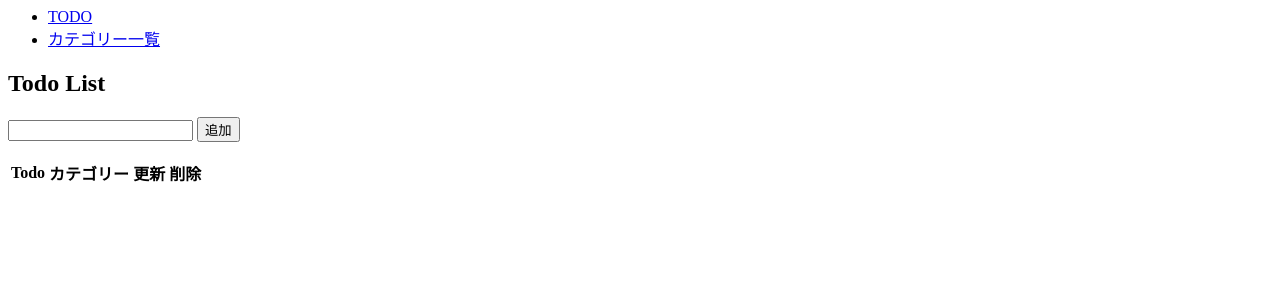
Repository: azuma2/cate
Page: http://localhost/cate
The author's editor kept a copy of each file at every save. The page is drawn from the files as they stood at one save, then again after the next save.
The browser window is 1280 px wide. The pictures show the whole page.
The page is served by the project's Laravel application, run on PHP 8.4 with Laravel 8. Queries for data that is not in the repository find no rows.

Above is the page before, as saved 2022-05-17 03:18:26.

After the next save:
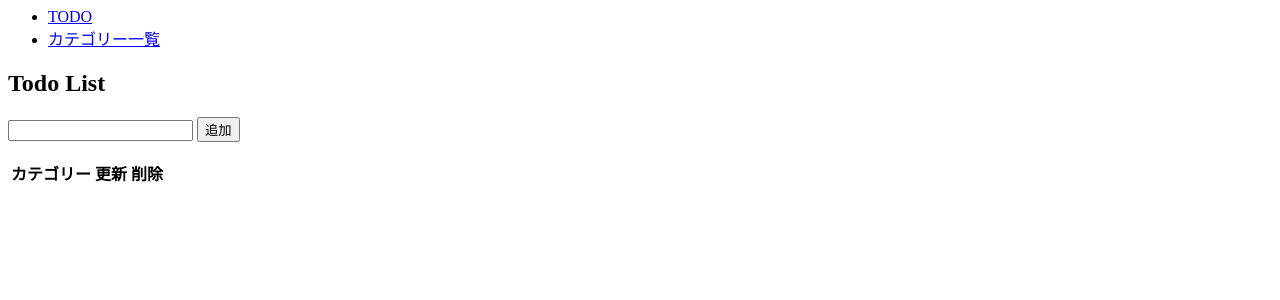
Saved 67 s later.
--- a/resources/views/cate.blade.php
+++ b/resources/views/cate.blade.php
@@ -28,7 +28,7 @@
         <table>
             @csrf
           <tr>
-            <th>Todo</th>
+
             <th>カテゴリー</th>
             <th>更新</th>
             <th>削除</th>
